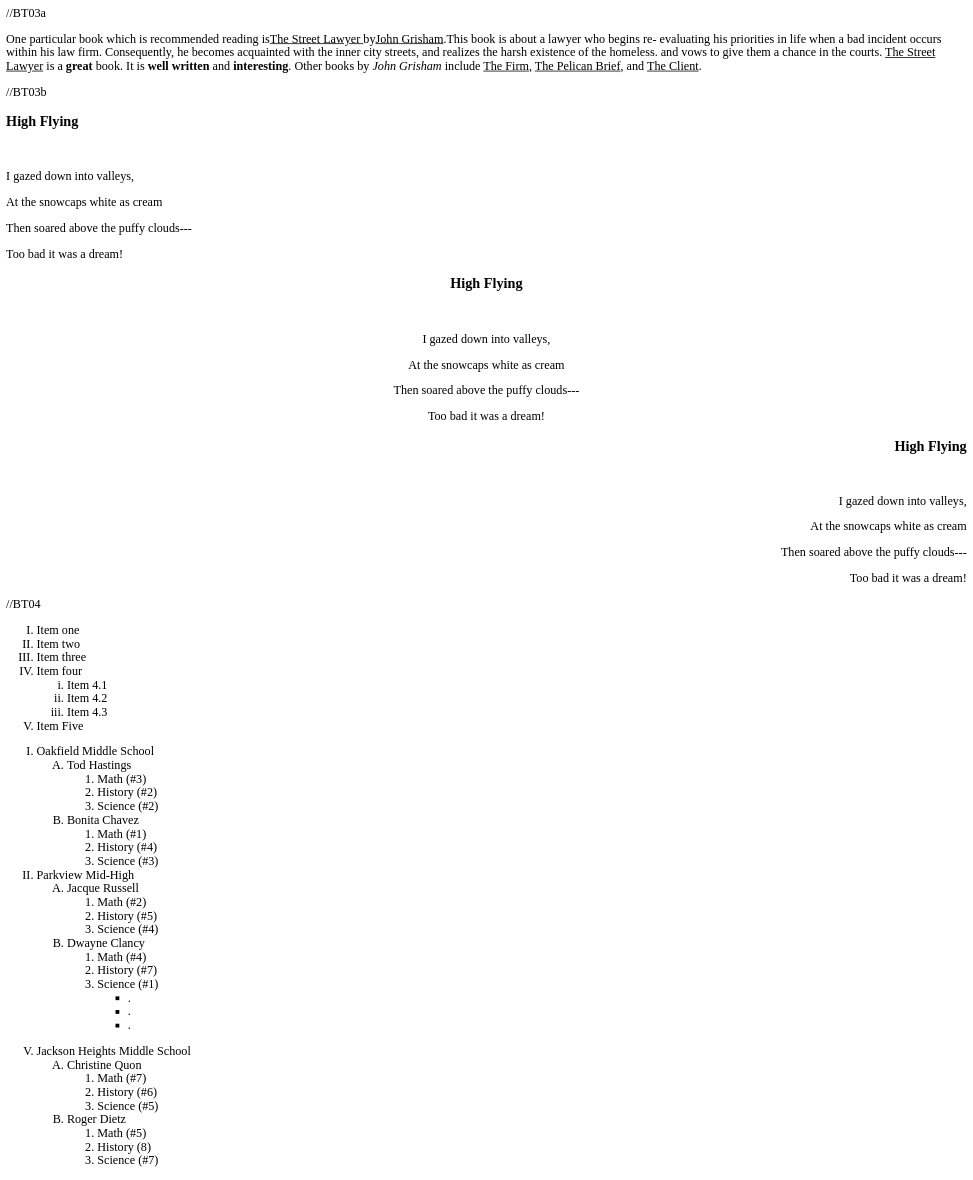
Repository: thu1365/TH_HTCNWEB
Page: HTML/Tuan01/BT.html
An editor plug-in stored every save of this project. The page is shown before and after the next save, followed by the edit.
The browser window is 1280 px wide. The pictures show the whole page, at 76% of full size.

Above is the page before, as saved 2023-02-20 22:40:29.

After the next save:
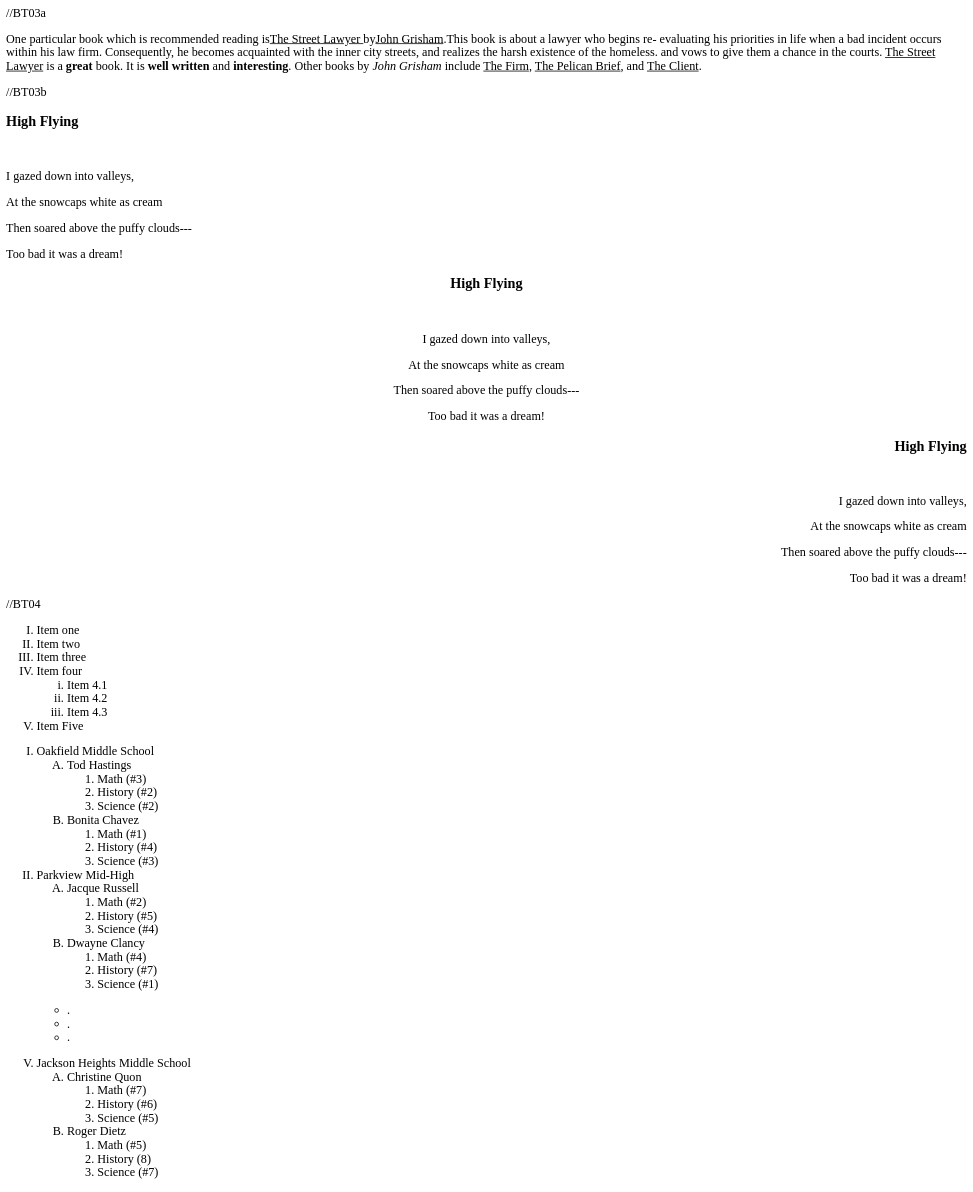
Saved 48 s later.
--- a/HTML/Tuan01/BT.html
+++ b/HTML/Tuan01/BT.html
@@ -79,16 +79,16 @@
                         <li>History (#7)</li>
                         <li>Science (#1)</li>
                     </ol>
-    <ol>
-    <ul>
-    <li>.</li>
-    <li>.</li>
-    <li>.</li>
-    </ul>
-    </ol>
             </ol>
     </ol>
-<ol type="I" start="5">
+    <ol>
+        <ul>
+        <li>.</li>
+        <li>.</li>
+        <li>.</li>
+        </ul>
+        </ol>
+    <ol type="I" start="5">
         <li>Jackson Heights Middle School</li>
             <ol type="A">
                 <li>Christine Quon</li>
